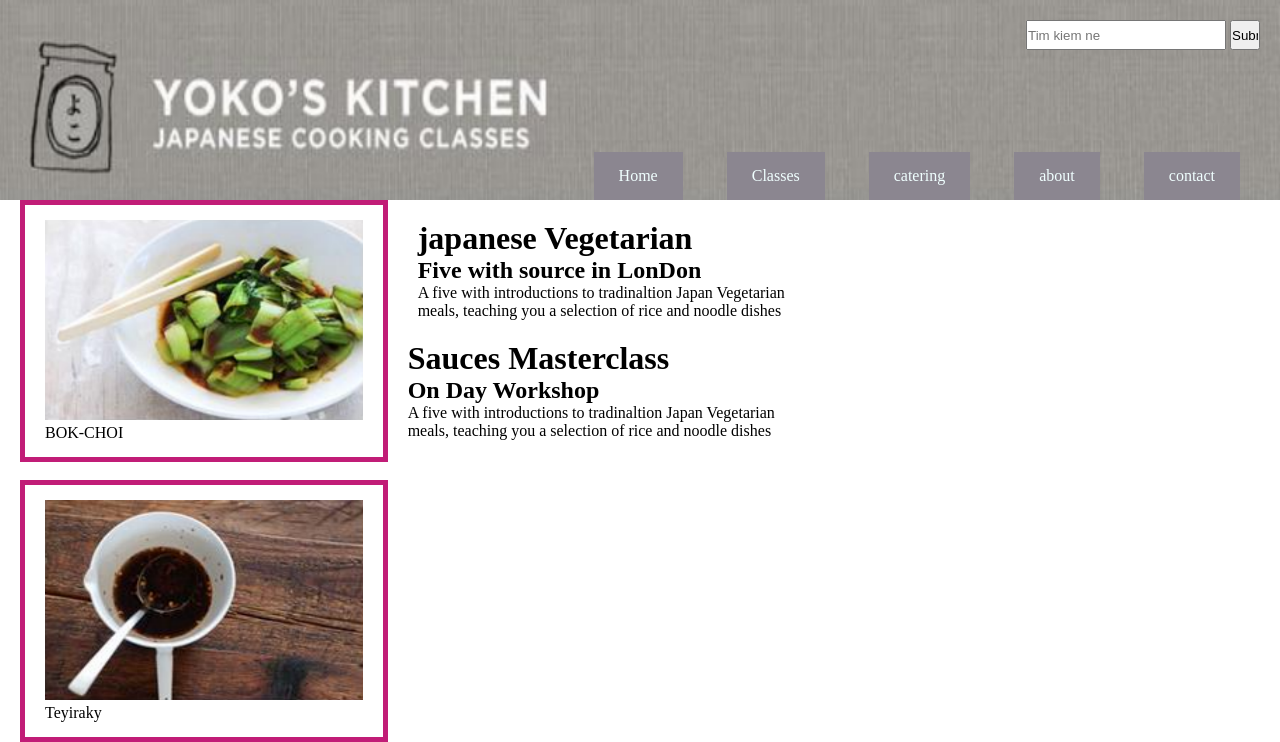
Repository: huy352002/20012931-Tr-n-Quang-Huy
Page: bt2.html
The author's editor kept a copy of each file at every save. The page is drawn from the files as they stood at one save, then again after the next save.
The browser window is 1280 px wide. The pictures show the whole page.

Above is the page before, as saved 2022-09-30 10:21:43.

After the next save:
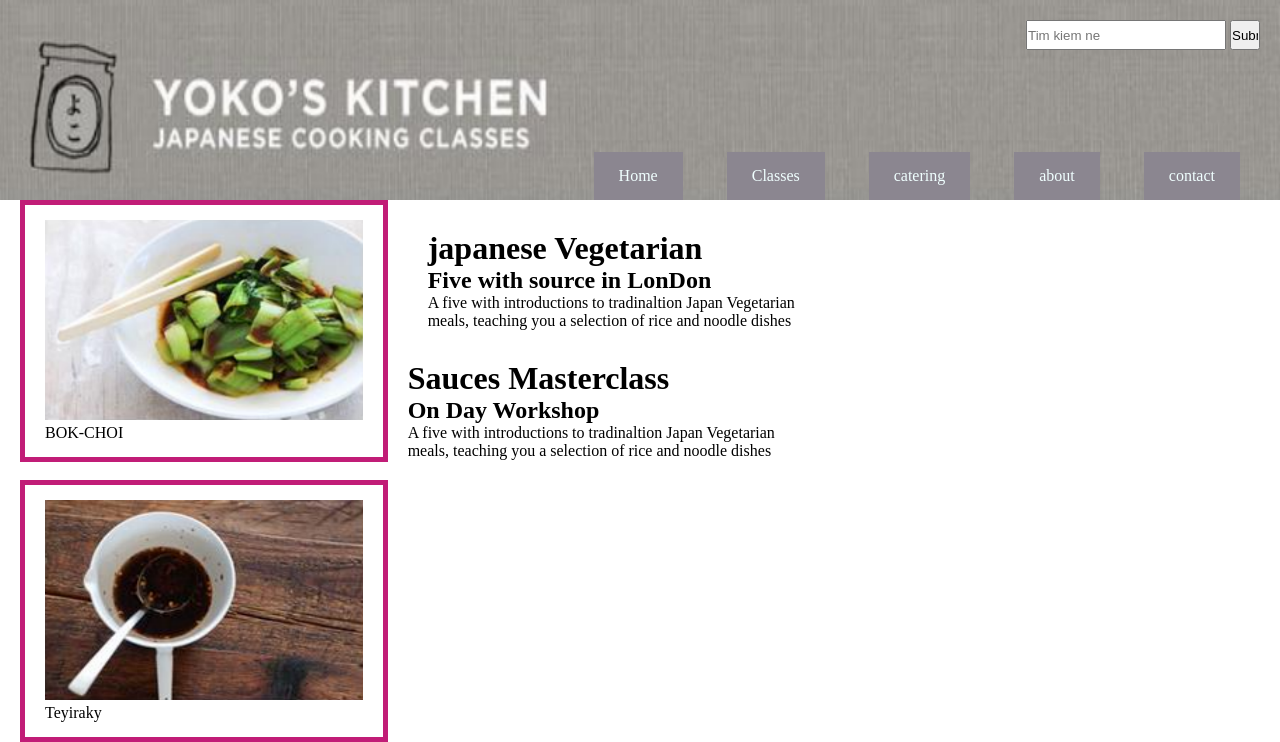
Saved 23 s later.
--- a/bt2.css
+++ b/bt2.css
@@ -92,7 +92,7 @@
 
 .P_1 {
     margin: 20px 10px;
-    padding: ;
+    padding: 10px 10px;
 }
 
 .body2 {
